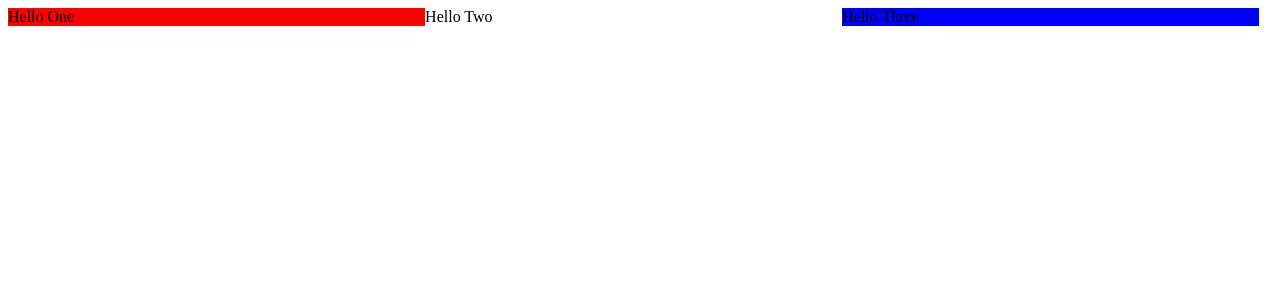
Repository: kimbalaya7/coding-managers
Page: index3.html
The author's editor kept a record of every edit. The page is drawn from the files as they stood at one moment, then again after the next edit.
The browser window is 1280 px wide. The pictures show the whole page.

Above is the page before.

After the next edit:
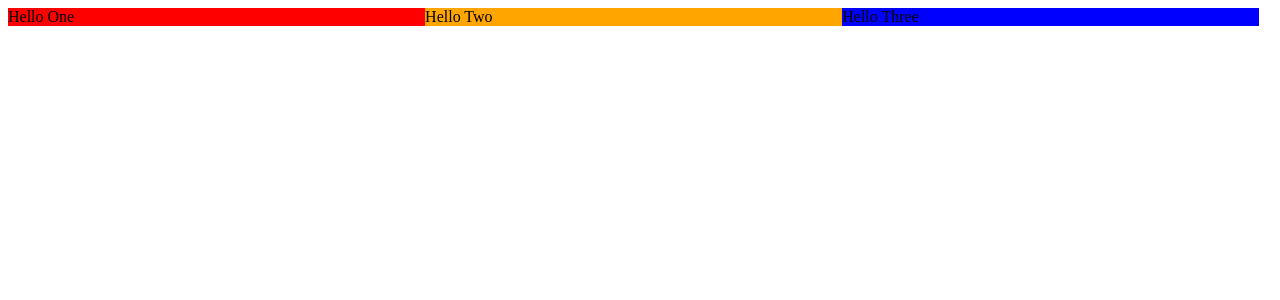
The edit:
--- a/index3.html
+++ b/index3.html
@@ -13,6 +13,9 @@
             .hello:first-child {
                     background-color: red;
             }
+            .hello:nth-child(2) {
+                background-color: orange;
+            }
             .hello:last-child {
                     background-color: blue;
             }
